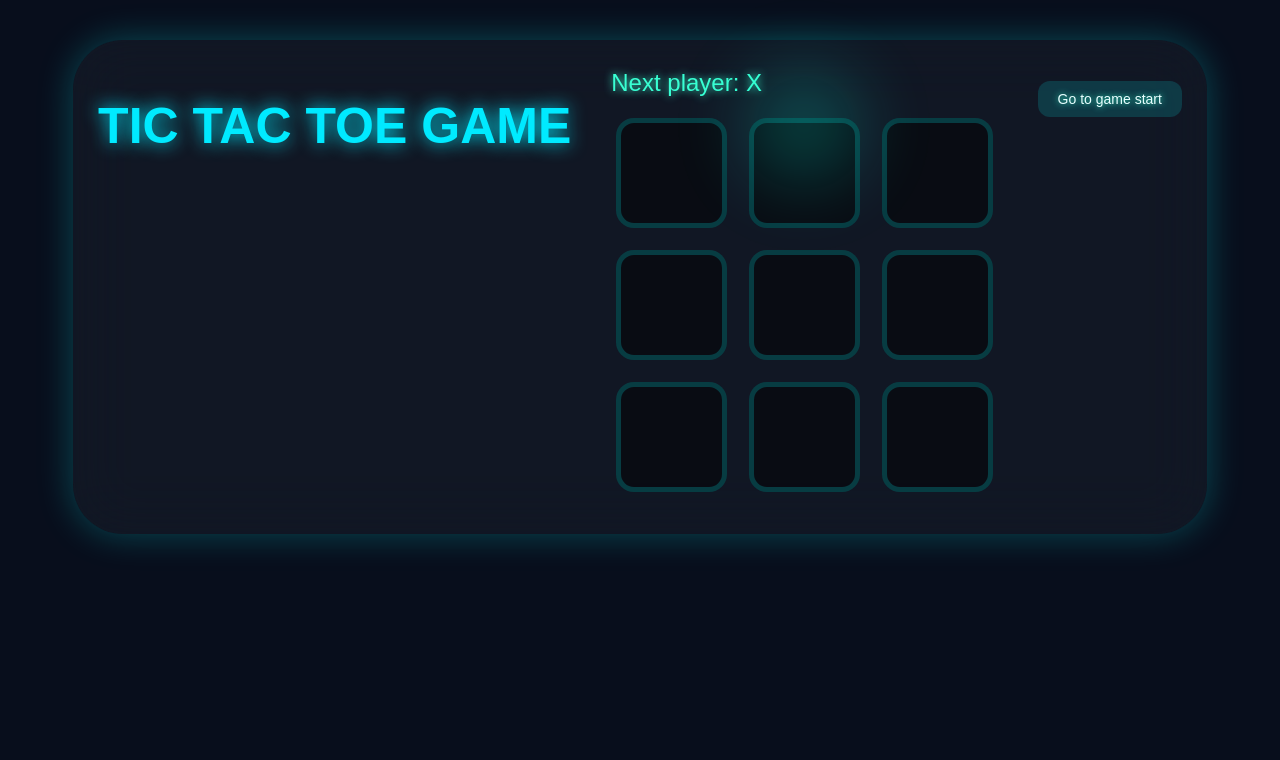
Repository: sofia123776/TIC-TAC-TOE
Page: /
These files come from the project's save history. The page is drawn as it stood at one moment and after the next save; the edit follows.
The browser window is 1280 px wide. The pictures show the whole page.
The project was rebuilt for these pictures with package versions that can differ from the ones it lists, and the page was loaded fresh each time. Also part of the build but not shown: vite.config.js.

Above is the page before, as saved 2025-11-30 22:16:28.

### src/index.css
:root {
  font-family: system-ui, Avenir, Helvetica, Arial, sans-serif;
  line-height: 1.5;
  font-weight: 400;

  color-scheme: light dark;
  color: rgba(255, 255, 255, 0.87);
  background-color: whitesmoke;

  font-synthesis: none;
  text-rendering: optimizeLegibility;
  -webkit-font-smoothing: antialiased;
  -moz-osx-font-smoothing: grayscale;
}

a {
  font-weight: 500;
  color: #646cff;
  text-decoration: inherit;
}
a:hover {
  color: #535bf2;
}

body {
  margin: 0;
  display: flex;
  place-items: center;
  min-width: 320px;
  min-height: 100vh;
}

h1 {
  font-size: 3.2em;
  line-height: 1.1;
}

button {
  border-radius: 1px;
  border:8px  solid transparent;
  padding: 0.6em 1.2em;
  font-size: 1em;
  font-weight: 500;
  font-family: inherit;
  background-color: #1a1a1a;
  cursor: pointer;
  transition: border-color 0.25s;
}
button:hover {
  border-color: #646cff;
}
button:focus,
button:focus-visible {
  outline: 4px auto -webkit-focus-ring-color;
}

@media (prefers-color-scheme: light) {
  :root {
    color: #213547;
    background-color: #ffffff;
  }
  a:hover {
    color: #747bff;
  }
  button {
    background-color: #f9f9f9;
  }
}

### src/App.jsx
import { useState } from 'react'
import reactLogo from './assets/react.svg'
import viteLogo from '/vite.svg'
import './App.css'

function Square({value, onSquareClick, highlight}){


  return(
   <button
      className={`square ${highlight ? "highlight" : ""}`}
      onClick={onSquareClick}
    >
      {value}
    </button>
  );

}

function Board({xIsNext, squares, onPlay}) {



  function Handleclick(i){

    if ( Calculatewinner(squares) || squares[i]) {
    return;

  }
    ClickSound.play();
    const nextSquares = squares.slice()
    if (xIsNext){
    nextSquares[i] = "X"
    }else{
      nextSquares[i] = "O"
    }
    onPlay(nextSquares);
  }
    const winner = Calculatewinner(squares);
    const winningLine = Calculatewinner(squares, true);
    const ClickSound = new Audio("/sounds/click.mp3.wav");
    const WinSound = new Audio("/sounds/win.mp3.wav");



  let status;
  if (winner) {
    status = "Winner: " + winner;
    WinSound.play();
  } else {
    status = "Next player: " + (xIsNext ? "X" : "O");
  }

  return (
    <>

    <div className={`status ${winner ? "winner" : ""}`}>{status}</div>
  <div className='board-row'>
  <Square value = {squares[0]} onSquareClick={() =>Handleclick(0)} highlight={winningLine?.includes(0)}/>
  <Square value = {squares[1]} onSquareClick={() =>Handleclick(1)} highlight={winningLine?.includes(1)}/>
  <Square value = {squares[2]} onSquareClick={() =>Handleclick(2)} highlight={winningLine?.includes(2)}/>

  </div>

  <div className='board-row'>
  <Square value = {squares[3]} onSquareClick={() =>Handleclick(3)} highlight={winningLine?.includes(3)}/>
  <Square value = {squares[4]} onSquareClick={() =>Handleclick(4)} highlight={winningLine?.includes(4)}/>
  <Square value = {squares[5]} onSquareClick={() =>Handleclick(5)} highlight={winningLine?.includes(5)}/>

  </div>
  <div className='board-row'>
  <Square value = {squares[6]} onSquareClick={() =>Handleclick(6)} highlight={winningLine?.includes(6)}/>
  <Square value = {squares[7]} onSquareClick={() =>Handleclick(7)} highlight={winningLine?.includes(7)}/>
  <Square value = {squares[8]} onSquareClick={() =>Handleclick(8)} highlight={winningLine?.includes(8)}/>

  </div>

  </>
  );
}

export default function Game() {
  const [history, setHistory] = useState([Array(9).fill(null)]);
  const [currentMove, setCurrentMove] = useState(0);
  const xIsNext = currentMove % 2 === 0;
  const currentSquares = history[currentMove];
  const [score, setScore] = useState({
  X: 0,
  O: 0,
  Draws: 0
});

  function handlePlay(nextSquares) {
    if (Calculatewinner(currentSquares)) {
  return;
}
    const nextHistory = [...history.slice(0, currentMove + 1), nextSquares];
    setHistory(nextHistory);
    setCurrentMove(nextHistory.length - 1);
  }

  function jumpTo(nextMove) {
    setCurrentMove(nextMove);
  }

  const moves = history.map((squares, move) => {
    let description;
    if (move > 0) {
      description = 'Go to move #' + move;
    } else {
      description = 'Go to game start';
    }
    return (
      <li key={move}>
        <button onClick={() => jumpTo(move)}>{description}</button>
      </li>
    );
  });

  return (
    <div className="game">
      <h1>TIC TAC TOE GAME</h1>

      {/* Game Board */}
      <div className={`game-board ${Calculatewinner(currentSquares) ? "winner" : ""}`}>
        <Board
          xIsNext={xIsNext}
          squares={currentSquares}
          onPlay={handlePlay}
        />
      </div>

      {/* Move History */}
      <div className="game-info">
        <ol>{moves}</ol>
      </div>
    </div>
  );
}




function Calculatewinner(squares, returnLine = false){
  const lines = [
  [0, 1, 2],
  [3, 4, 5],
  [6, 7, 8],
  [0, 3, 6],
  [1, 4, 7],
  [2, 5, 8],
  [0, 4, 8],
  [2, 4, 6],

  ];

  for (let line of lines) {
    const [a,b,c] = line;
    if (squares[a] && squares[a] === squares[b] && squares[a] === squares[c]) {
      return returnLine ? line : squares[a];
    }
  }
  return returnLine ? null : null;
}

### src/App.css
/* Full background */
body {
  background: #080e1c;
  margin: 0;
  font-family: "Poppins", sans-serif;
  color: #e8faff;
  display: flex;
  justify-content: center;
  align-items: flex-start;
  padding-top: 40px;
}

/* Game Title */
h1 {
  text-align: center;
  font-size: 50px;
  font-weight: 700;
  margin-bottom: 25px;
  text-shadow: 0 0 18px #00eaff;
  color: #00eaff;
}

/* Outer game container */
.game {
  display: flex;
  gap: 40px;
  padding: 25px;
  border-radius: 50px;
  background: rgba(255,255,255,0.04);
  box-shadow: 0 0 35px rgba(0, 255, 255, 0.25);
  backdrop-filter: blur(30px);
}

/* Board container */
.game-board {
  display: flex;
  flex-direction: column;
}

/* Status text */
.status {
  font-size: 22px;
  margin-bottom: 12px;
  color: #39ffd3;
  text-shadow: 0 0 8px #39ffd3;
}

/* Board row layout */
.board-row {
  display: flex;
  gap: 12px;
  margin-bottom: 12px;
}

/* Square button */
.square {
  width: 110px !important;
  height: 110px !important;
  margin: 5px;
  font-size: 42px !important;
  font-weight: bold;
  color: #00eaff;
  background-color: rgba(0, 0, 0, 0.45);
  border: 5px solid rgba(0, 255, 255, 0.2);
  border-radius: 18px;
  display: flex;
  align-items: center;
  justify-content: center;
  cursor: pointer;
  transition: 0.25s ease-in-out, transform 0.15s;
  text-shadow: 0 0 12px #00eaff;
}

.square:hover {
  transform: scale(1.07);
  background: rgba(0, 255, 255, 0.15);
  box-shadow: 0 0 18px #00eaff;
}

/* X and O color override */
.square:contains("X"), .square.X {
  color: #ff3c89;
  text-shadow: 0 0 12px #ff3c89;
}


.square:contains("O"), .square.O {
  color: #3cfffb;
  text-shadow: 0 0 12px #3cfffb;
}

/* Moves list */
.game-info ol {
  list-style: none;
  padding: 0;
}

.game-info button {
  padding: 10px 20px;
  border-radius: 12px;
  margin-bottom: 10px;
  border: none;
  cursor: pointer;
  background: rgba(0, 255, 255, 0.15);
  color: #e8ffff;
  font-size: 14px;
  text-shadow: 0 0 6px #39ffd3;
  transition: 0.2s ease;
}

.game-info button:hover {
  background: #39ffd3;
  color: #001010;
  box-shadow: 0 0 18px #39ffd3;
  transform: scale(1.05);
}

.highlight {
  animation: winPulse 1s infinite ease-in-out;
  background: rgba(0, 255, 150, 0.25) !important;
  box-shadow: 0 0 25px #00ffb3;
  border: 2px solid #00ff9d !important;
}

@keyframes winPulse {
  0% {
    transform: scale(1);
    box-shadow: 0 0 12px #00ffb3;
  }
  50% {
    transform: scale(1.12);
    box-shadow: 0 0 12px #00ffb3;
  }
  100% {
    transform: scale(1);
    box-shadow: 0 0 12px #00ffb3;
  }
}

.status {
  position: relative;
  z-index: 2;
  font-size: 1.5rem;

}

.status.winner {
  animation: glowWinner 1.5s infinite ease-in-out;
  color: #00ffea;
  text-shadow: 0 0 22px #00ffea;

}

@keyframes glowWinner {
  0% { text-shadow: 0 0 10px #00ffe0; }
  50% { text-shadow: 0 0 30px #00ffe0; }
  100% { text-shadow: 0 0 10px #00ffe0; }
}

/* firework particles */
.status::after {
  content: "";
  position: absolute;
  top: -20px;
  left: 50%;
  transform: translateX(-50%);
  width: 160px;
  height: 160px;
  background: radial-gradient(circle, #00ffe0 0%, transparent 60%);
  opacity: 0.3;
  filter: blur(30px);
  animation: fireworks 1.5s infinite ease-in-out;
}

@keyframes fireworks {
  0% {
    transform: translateX(-50%) scale(0.7);
    opacity: 0.1;
  }
  50% {
    transform: translateX(-50%) scale(1.3);
    opacity: 0.4;
  }
  100% {
    transform: translateX(-50%) scale(0.7);
    opacity: 0.1;
  }
}

.game-board.winner {
  border: 3px solid rgba(0,255,200,0.6);
  box-shadow: 0 0 35px rgba(0,255,200,0.8);
  padding: 12px;
  border-radius: 14px;
  animation: boardGlow 1.6s infinite ease-in-out;
}

@keyframes boardGlow {
  0% { box-shadow: 0 0 10px #00ffd5; }
  50% { box-shadow: 0 0 30px #00ffd5; }
  100% { box-shadow: 0 0 10px #00ffd5; }
}

.scoreboard {
  display: flex;
  justify-content: space-around;
  font-size: 1.3rem;
  font-weight: bold;
  margin-bottom: 20px;
  padding: 10px;
  background: rgba(255,255,255,0.1);
  border-radius: 8px;
  backdrop-filter: blur(4px);
}

Loaded but not shown: index.html (common file); src/main.jsx (common file)

After the next save:
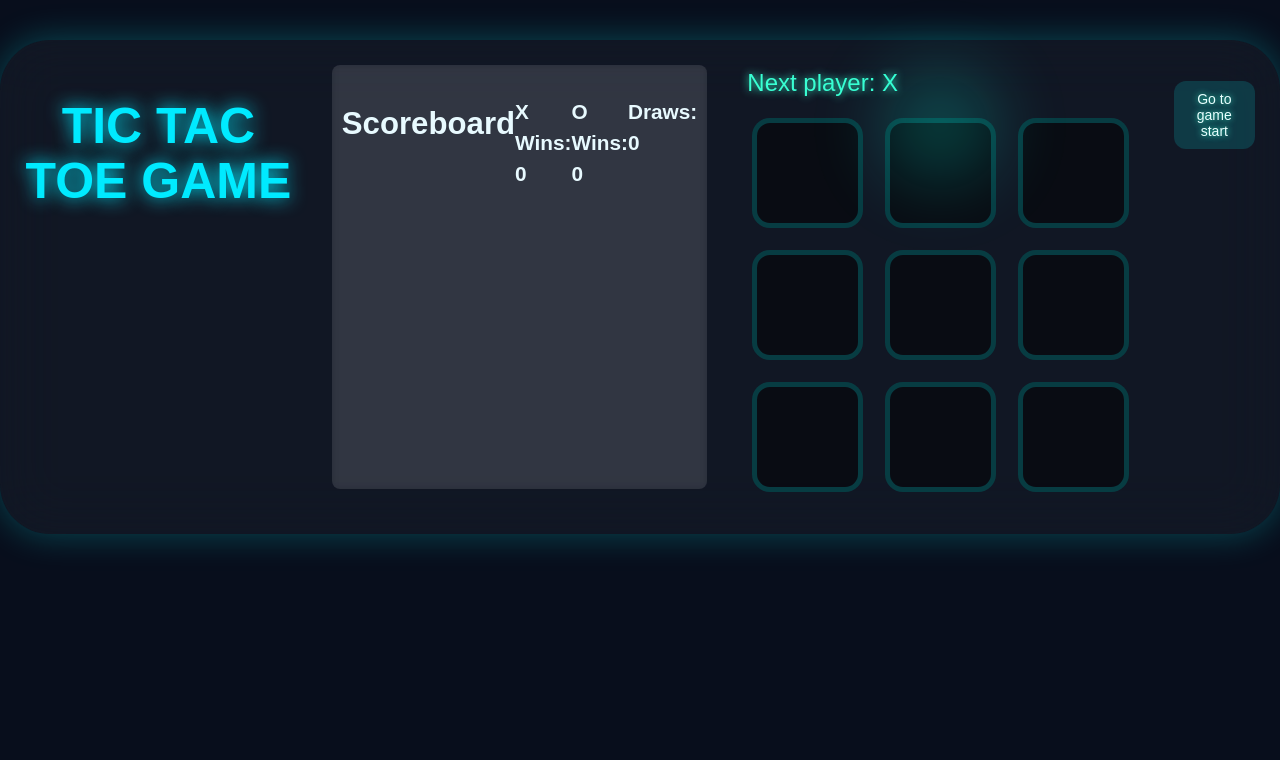
Saved 4 min 9 s later.
--- a/src/App.jsx
+++ b/src/App.jsx
@@ -82,34 +82,56 @@ function Board({xIsNext, squares, onPlay}) {
 export default function Game() {
   const [history, setHistory] = useState([Array(9).fill(null)]);
   const [currentMove, setCurrentMove] = useState(0);
+
   const xIsNext = currentMove % 2 === 0;
   const currentSquares = history[currentMove];
+
+  // 🟦 Scoreboard State (X wins, O wins, Draws)
   const [score, setScore] = useState({
-  X: 0,
-  O: 0,
-  Draws: 0
-});
+    X: 0,
+    O: 0,
+    Draws: 0
+  });
 
   function handlePlay(nextSquares) {
+    // If game already ended, stop moves
     if (Calculatewinner(currentSquares)) {
-  return;
-}
-    const nextHistory = [...history.slice(0, currentMove + 1), nextSquares];
+      return;
+    }
+
+    const nextHistory = [
+      ...history.slice(0, currentMove + 1),
+      nextSquares,
+    ];
+
     setHistory(nextHistory);
     setCurrentMove(nextHistory.length - 1);
+
+    // Check winner *after* move
+    const winner = Calculatewinner(nextSquares);
+
+    if (winner) {
+      // Update score for winner (X or O)
+      setScore(prev => ({
+        ...prev,
+        [winner]: prev[winner] + 1
+      }));
+    } else if (!nextSquares.includes(null)) {
+      // Draw (no empty squares)
+      setScore(prev => ({
+        ...prev,
+        Draws: prev.Draws + 1
+      }));
+    }
   }
 
   function jumpTo(nextMove) {
     setCurrentMove(nextMove);
   }
 
+  // Time travel move list
   const moves = history.map((squares, move) => {
-    let description;
-    if (move > 0) {
-      description = 'Go to move #' + move;
-    } else {
-      description = 'Go to game start';
-    }
+    let description = move > 0 ? "Go to move #" + move : "Go to game start";
     return (
       <li key={move}>
         <button onClick={() => jumpTo(move)}>{description}</button>
@@ -121,7 +143,14 @@ export default function Game() {
     <div className="game">
       <h1>TIC TAC TOE GAME</h1>
 
-      {/* Game Board */}
+      {/* 🟦 Scoreboard */}
+      <div className="scoreboard">
+        <h2>Scoreboard</h2>
+        <p>X Wins: {score.X}</p>
+        <p>O Wins: {score.O}</p>
+        <p>Draws: {score.Draws}</p>
+      </div>
+
       <div className={`game-board ${Calculatewinner(currentSquares) ? "winner" : ""}`}>
         <Board
           xIsNext={xIsNext}
@@ -130,13 +159,13 @@ export default function Game() {
         />
       </div>
 
-      {/* Move History */}
       <div className="game-info">
         <ol>{moves}</ol>
       </div>
     </div>
   );
 }
+
 
 
 
